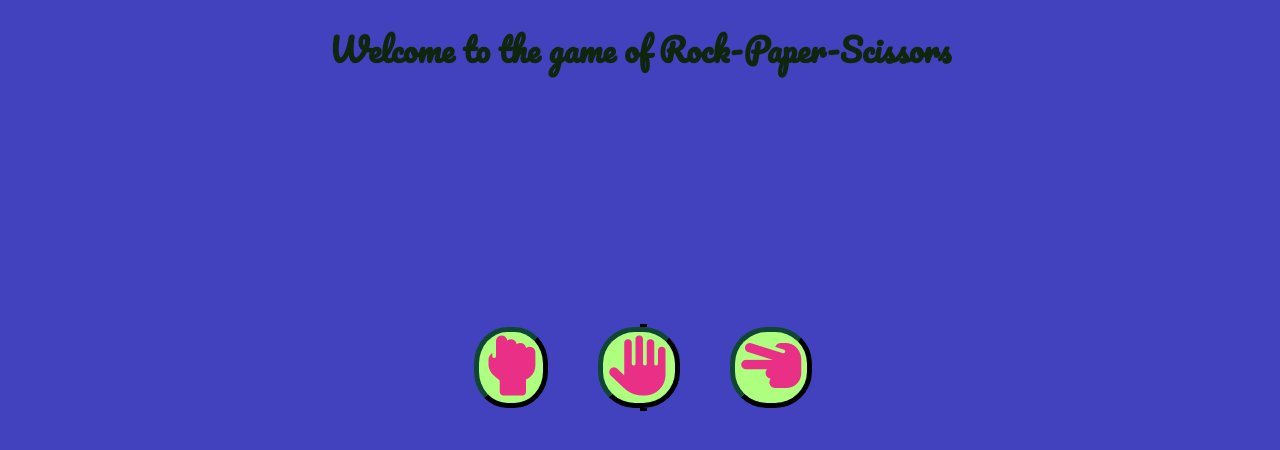
Repository: 0101chaitanya/Rock-Paper-Scissors
Page: index.html
The author's editor kept a copy of each file at every save. The page is drawn from the files as they stood at one save, then again after the next save.
The browser window is 1280 px wide. The pictures show the whole page.
Some web libraries are served in a nearby version.

Above is the page before, as saved 2021-05-14 21:05:20.
Not found: linkk.js

After the next save:
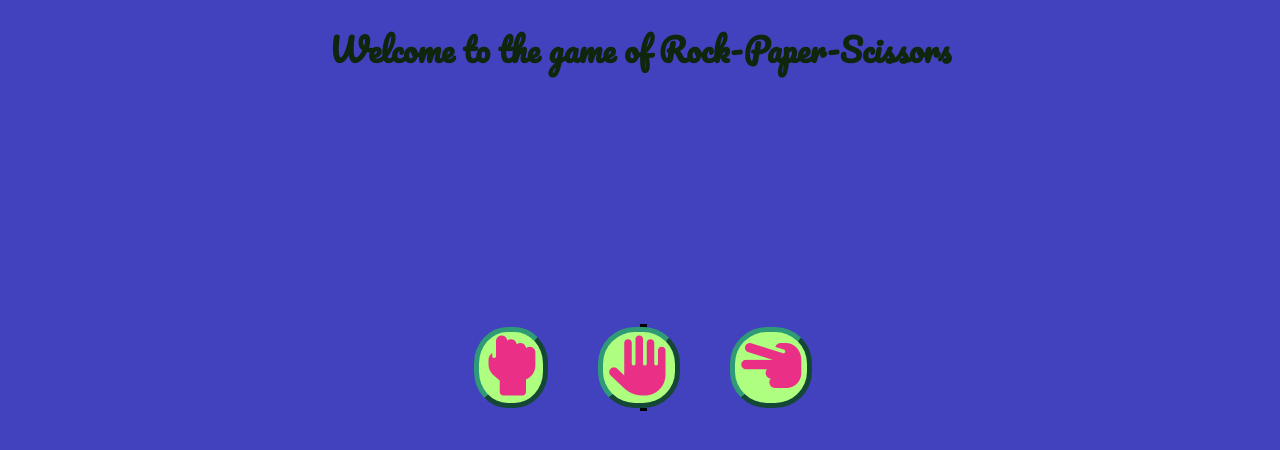
Saved 13 s later.
--- a/style.css
+++ b/style.css
@@ -30,7 +30,7 @@ padding;0 ;
 color: rgb(233, 47, 134);
 border-radius: 45%;
 border-width: 5px;
-border-color:rgb(16, 70, 52);
+border-color:rgb(46, 155, 118);
 margin:auto 25px;
 }
 #holder1 {
